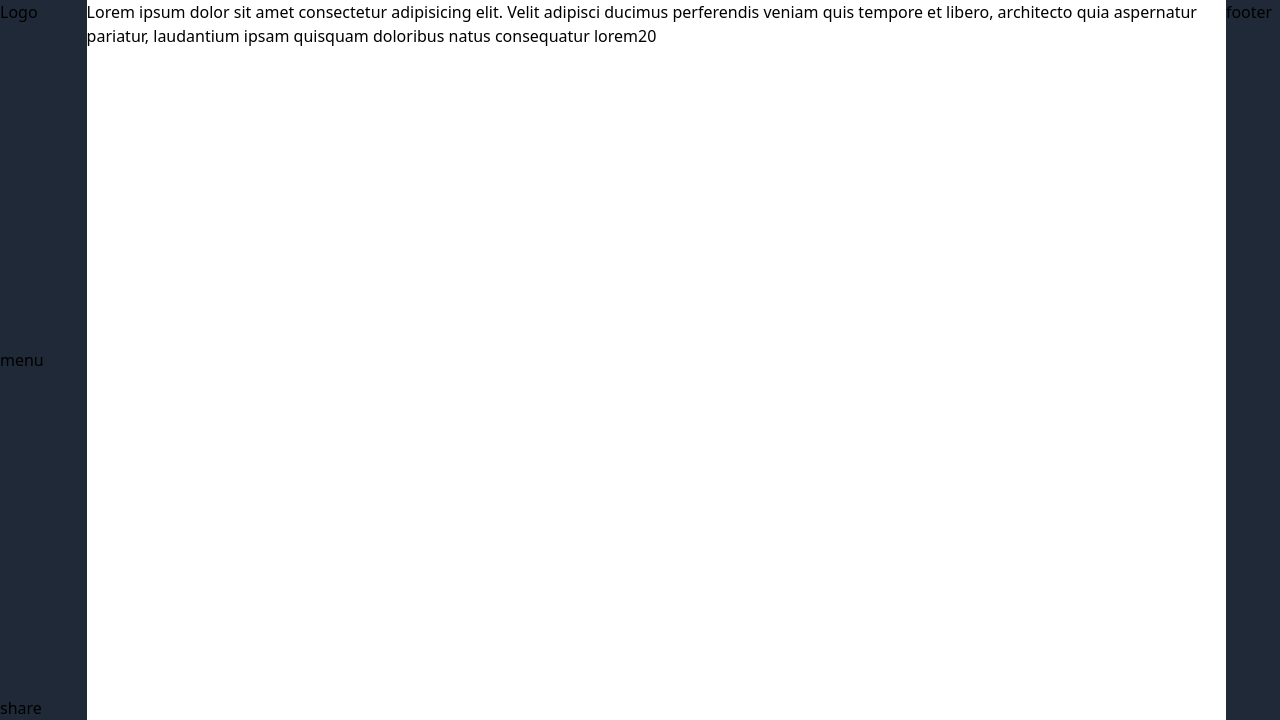
Repository: linco6054/template-tailwindcss
Page: index.html
The author's editor kept a copy of each file at every save. The page is drawn from the files as they stood at one save, then again after the next save.
The browser window is 1280 px wide. The pictures show the whole page.

Above is the page before, as saved 2021-08-17 13:39:46.

### index.html
<!DOCTYPE html>
<html lang="en">
  <head>
    <meta charset="UTF-8" />
    <meta http-equiv="X-UA-Compatible" content="IE=edge" />
    <meta name="viewport" content="width=device-width, initial-scale=1.0" />
    <link
      href="https://unpkg.com/tailwindcss@^2/dist/tailwind.min.css"
      rel="stylesheet"
    />

    <title>Document</title>
  </head>
  <body
    class="
      max-w-screen
      overflow-hidden
      flex flex-col
      md:flex-row
      h-auto
      w-screen
    "
  >
    <nav
      class="
        h-14
        md:min-h-screen
        bg-gray-800
        sm:w-full
        md:w-32
        flex
        md:flex-col md:justify-between
      "
    >
      <div>Logo</div>
      <div>menu</div>
      <div>share</div>
    </nav>
    <div class="flex-auto">
      Lorem ipsum dolor sit amet consectetur adipisicing elit. Velit adipisci
      ducimus perferendis veniam quis tempore et libero, architecto quia
      aspernatur pariatur, laudantium ipsam quisquam doloribus natus consequatur
      lorem20
    </div>
    <footer class="md:min-h-screen bg-gray-800 sm:w-full md:w-20">
      footer
    </footer>
  </body>
</html>

After the next save:
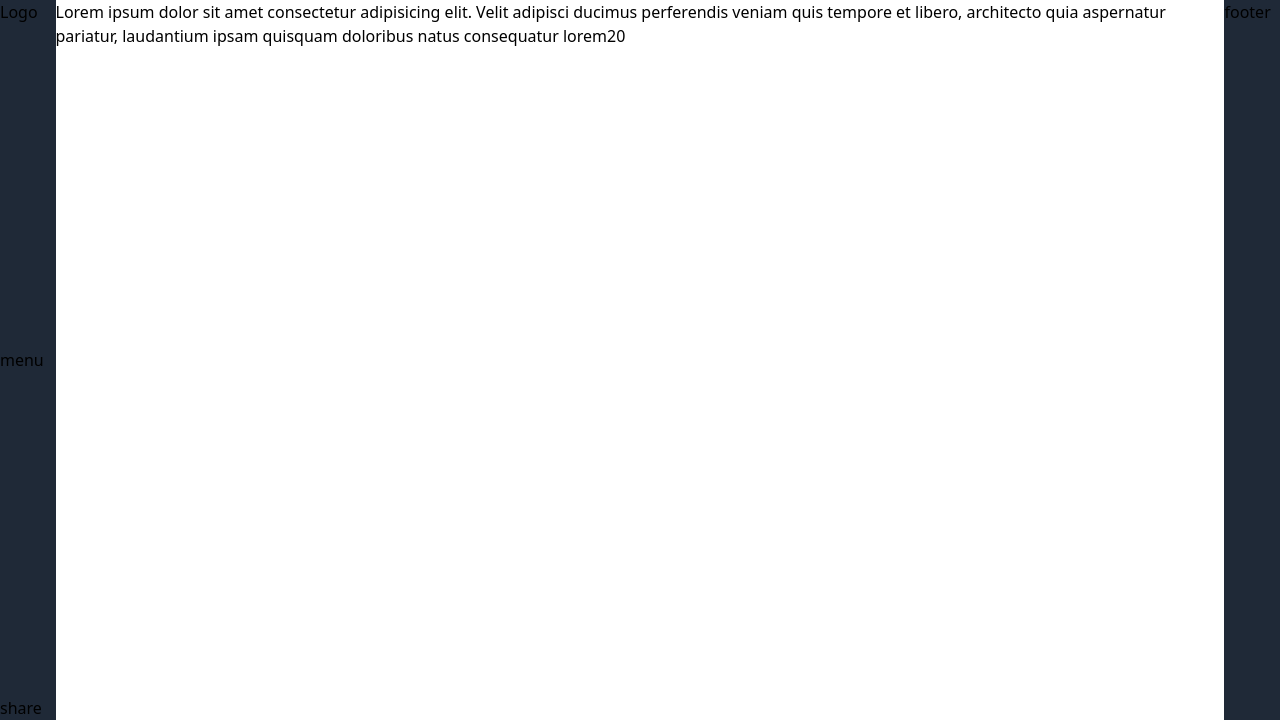
Saved 11 s later.
--- a/index.html
+++ b/index.html
@@ -27,7 +27,7 @@
         md:min-h-screen
         bg-gray-800
         sm:w-full
-        md:w-32
+        md:w-20
         flex
         md:flex-col md:justify-between
       "
